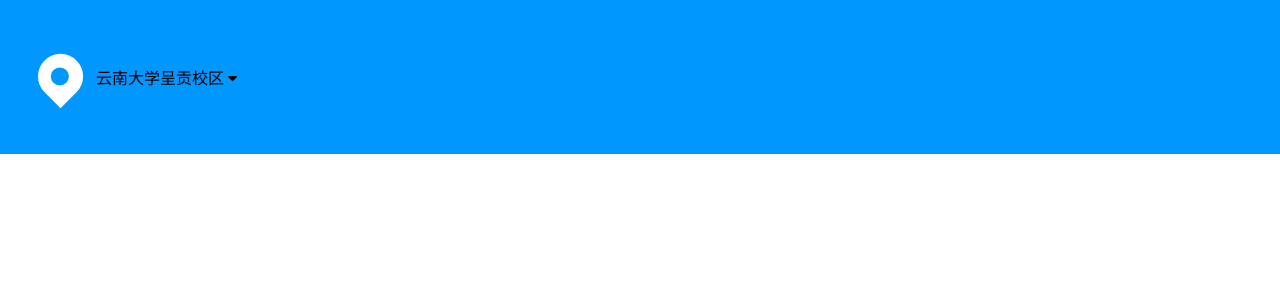
Repository: F000top/ele
Page: index.html
These files come from the project's save history. The page is drawn as it stood at one moment and after the next save; the edit follows.
The browser window is 1280 px wide. The pictures show the whole page.

Above is the page before, as saved 2022-06-07 21:03:06.

After the next save:
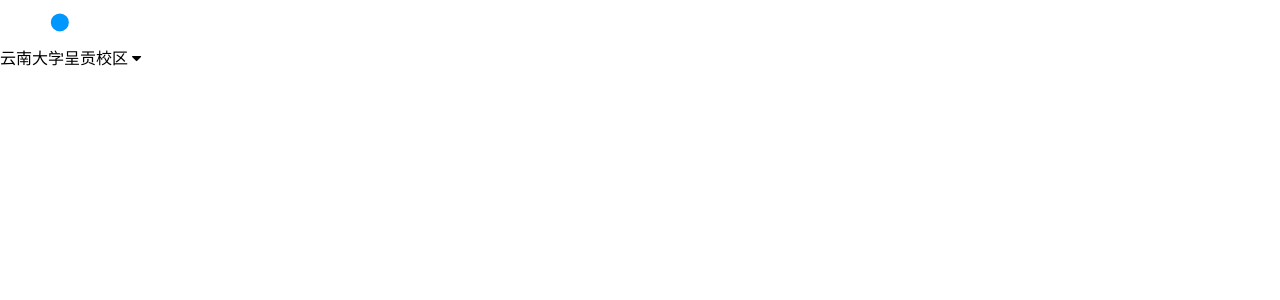
Saved 49 s later.
--- a/css/index.css
+++ b/css/index.css
@@ -3,7 +3,7 @@
     width: 100%;
     height: 100%;
 }
-
+vw
 /* 头部header */
 .wrapper header{
     width: 100%;

After the 5 saves that followed:
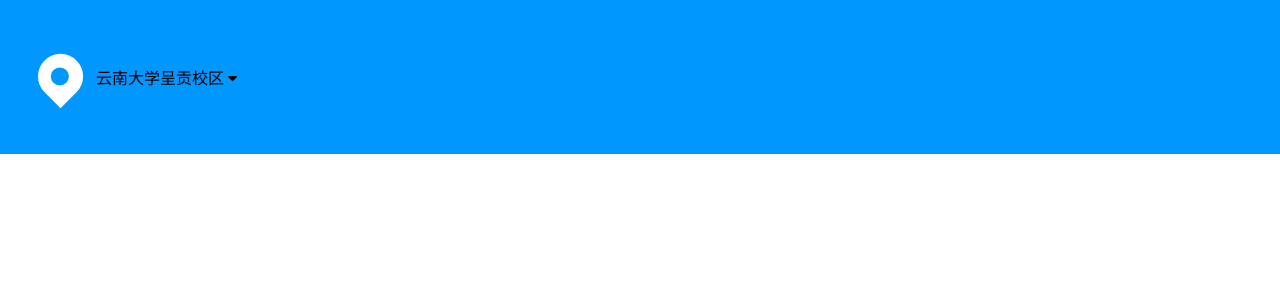
The 5 saves are shown as one change because they came seconds apart.
The last was saved 12 s later.
--- a/css/index.css
+++ b/css/index.css
@@ -3,7 +3,7 @@
     width: 100%;
     height: 100%;
 }
-vw
+/* vw就是当前屏幕宽度的1% */
 /* 头部header */
 .wrapper header{
     width: 100%;
